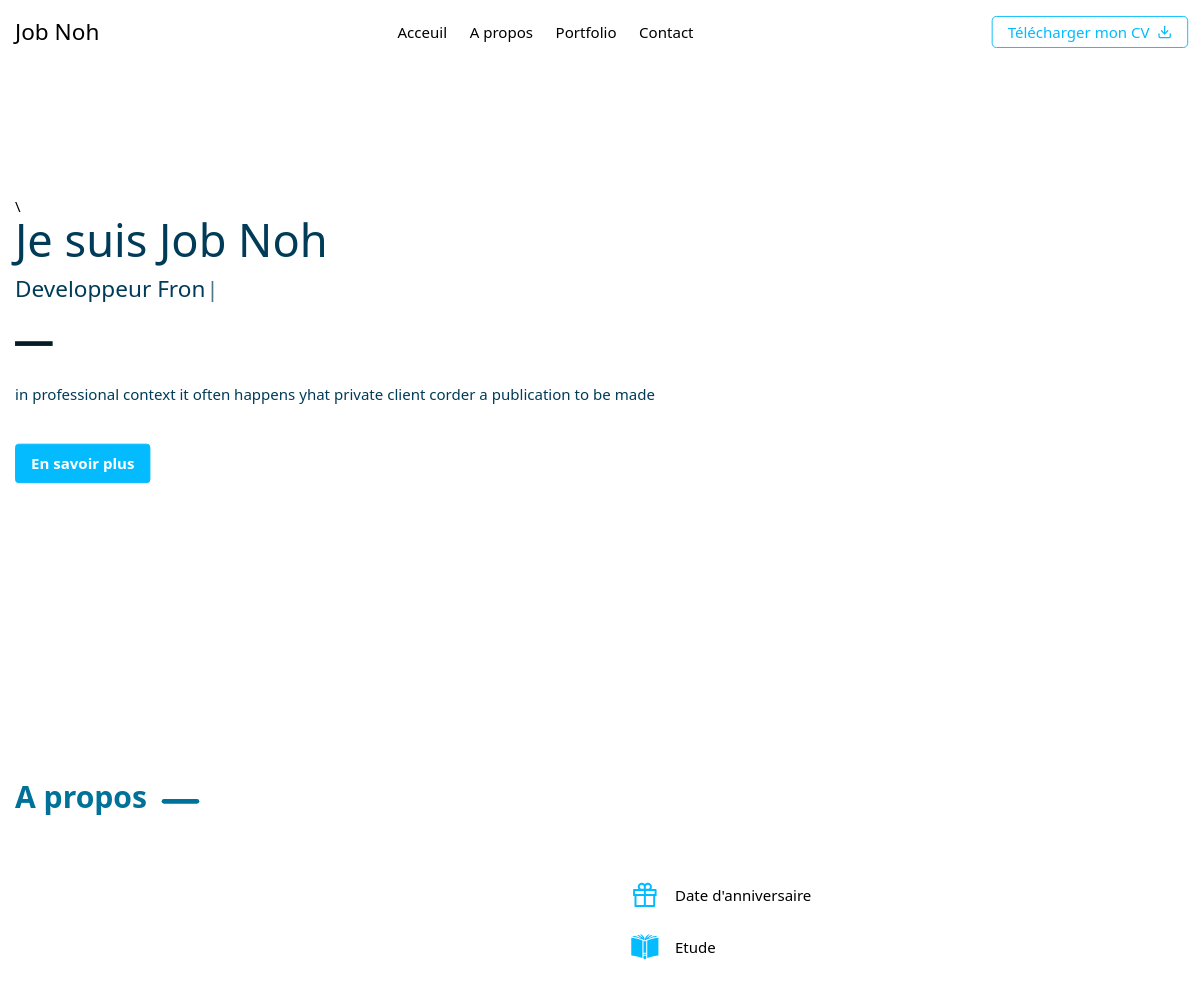
Repository: anoy1010/Nextportfolio
Page: /
These files come from the project's save history. The page is drawn as it stood at one moment and after the next save; the edit follows.
The browser window is 1280 px wide. The pictures show the whole page, at 94% of full size.
Backgrounds fixed to the window are drawn as part of the page. The project was rebuilt for these pictures with package versions that can differ from the ones it lists, and the page was loaded fresh each time. The framework's server and built-in components were replaced by stand-ins that run in the browser. Also part of the build but not shown: next.config.js, styles/Home.module.css.

Above is the page before, as saved 2023-03-06 17:38:05.

### pages/index.js
import Head from 'next/head'
import Image from 'next/image'
import { Inter } from '@next/font/google'
import styles from '../styles/Home.module.css'
import Navbar from '../components/Navbar'
import Hero from '../components/Hero'
import About from '../components/About'
const inter = Inter({ subsets: ['latin'] })

export default function Home() {
  return (
    <>
      <Head>
        <title>Portfolio | Noh Job</title>
        <meta name="description" content="Generated by create next app" />
        <meta name="viewport" content="width=device-width, initial-scale=1" />
        <link rel="icon" href="/favicon.ico" />
      </Head>

      <header>
        < Navbar />
      </header>

      <main>
        <Hero />
        <About/>
      </main>

    </>
  )
}

### styles/globals.css
@tailwind base;
@tailwind components;
@tailwind utilities;

@layer components {
  .btn{
    @apply bg-[#04bbff] text-white py-2 px-4 rounded inline-block mt-10 font-bold border border-[#04bbff] hover:bg-transparent hover:text-[#04bbff] transition duration-200
  }
}

### components/Navbar.js
import Link from 'next/link'
import React from 'react'
import {FiDownload} from 'react-icons/fi'
import {RiMenu5Line} from 'react-icons/ri'

const Navbar = () => {
  return (
    <div className='bg-white fixed top-0 w-[100%] z-10 '>
        <div className='container mx-auto flex justify-between items-center py-4 px-4'>
            <div className='text-[24px]'>Job Noh</div>

            <div className='hidden md:flex gap-6'>

                <Link href='/Acceuil' className='hover:text-[#04bbff]'>
                    Acceuil
                </Link>
                <Link href='/A propos' className='hover:text-[#04bbff]' >
                    A propos
                </Link>
                <Link href='/Portfolio' className='hover:text-[#04bbff]'>
                    Portfolio
                </Link>
                <Link href='/Contact' className='hover:text-[#04bbff]'>
                    Contact
                </Link>



            </div>

            <a href='#' className='hidden  md:flex border border-[#04bbff] px-4 py-1 text-[#04bbff] rounded-[5px] items-center gap-2 hover:bg-[#04bbff] hover:text-white transition duration-200 '>
                Télécharger mon CV
                <FiDownload/>
                </a>

            <div className='md:hidden text-[24px] '>
                <RiMenu5Line/>
            </div>
        </div>
    </div>
  )
}

export default Navbar

### components/Hero.js
import React from 'react'

import Typewriter, { TypewriterClass } from "typewriter-effect"
import Button from '../components/Button'

const Hero = () => {
  return (
    <div className='bg-[url("")] h-screen bg-cover bg-center bg-fixed flex items-center'>
        <div className='container mx-auto px-4'>\
            <div className='max-x-[450px] text-[#003c57] flex flex-col gap-[40px]'>
                <div>
                    <h1 className='text-5xl'>
                        Je suis Job Noh
                    </h1>
                    <h4 className=' text-2xl mt-3'>
                        <Typewriter
                            options = {{
                                strings: [
                                    "Developpeur Front-end",
                                    "Developpeur Back-end",
                                    "Analyste de donnée",
                                    "Chef de projet",
                                    "Graphic designer",
                                    "Developpeur mobile"
                                ],
                                changeDelay:3,
                                changeDeleteSpeed:2,
                                autoStart:true,
                                loop:true,
                            }}
                        />
                    </h4>
                </div>

                <div className='bg-[#051c24] h-[5px] w-[40px] '>
                </div>

                <div>
                    <p>
                    in professional context it often happens yhat private client
                    corder a publication to be made
                    </p>
                    <Button link="#" text="En savoir plus" />
                </div>

            </div>

        </div>
    </div>
  )
}

export default Hero

### components/About.js
import React from 'react'
import Heading from './Heading'
import {AiOutlineGift} from 'react-icons/ai'
import {GiBookCover} from 'react-icons/gi'

const About = () => {
  return (
    <section className='container mx-auto py-10 px-4'>

        <Heading title="A propos"/>

        <div className='grid grid-cols-1 md:grid-cols-2 gap-[60px]'>

            <div>
                <img className='w-[400px]' src="/" alt="" />
            </div>
            <div>
                <div className='flex items-center justify-between w-[300px]'>
                    <div className='flex flex-col gap-6'>

                        <div className='flex gap-4 items-center font-medium '>
                            <AiOutlineGift className='text-[#04bbff] text-[32px]' />
                            Date d'anniversaire
                        </div>
                        <div className='flex gap-4 items-center font-medium '>
                            <GiBookCover className='text-[#04bbff] text-[32px]' />
                            Etude
                        </div>

                    </div>
                </div>
            </div>
        </div>

    </section>
  )
}

export default About

### components/Button.js
import React from 'react'

const Button = ({text, link}) => {
  return (
    <a href={link}className='btn'>{text}</a>
  )
}

export default Button

### components/Heading.js
import React from 'react'

const Heading = ({title}) => {
  return (
    <div className='text-[#007198] text-[32px] font-bold flex items-center gap-4 py-16'>
        {title}
        <div className='bg-[#007198] h-[5px] w-[40px] translate-y-1 rounded'></div>
    </div>
  )
}

export default Heading

Loaded but not shown: pages/_app.js (common file); pages/_document.js (common file); tailwind.config.js (common file)

After the next save:
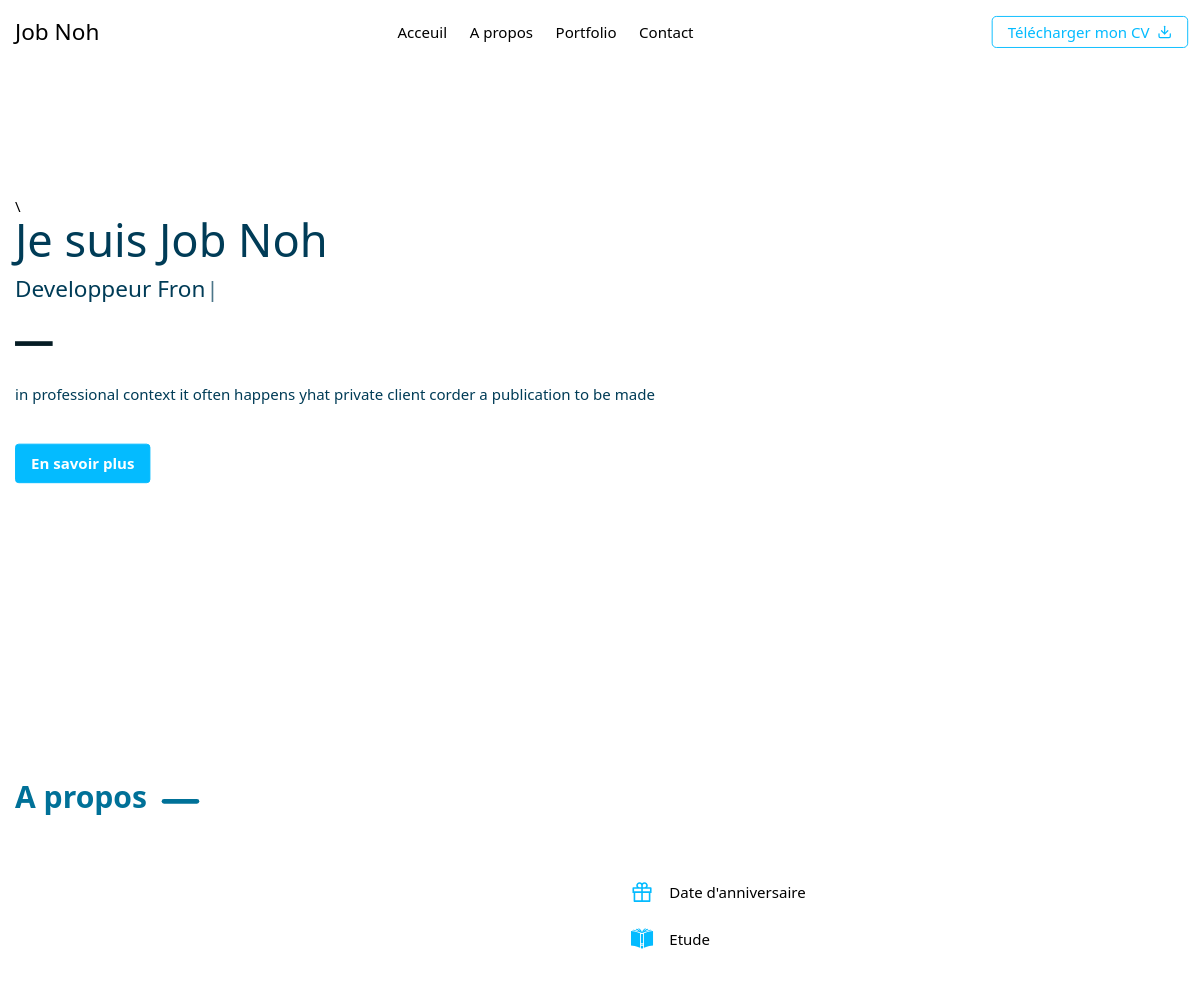
Saved 20 s later.
--- a/components/About.js
+++ b/components/About.js
@@ -19,11 +19,11 @@ const About = () => {
                     <div className='flex flex-col gap-6'>
 
                         <div className='flex gap-4 items-center font-medium '>
-                            <AiOutlineGift className='text-[#04bbff] text-[32px]' />
+                            <AiOutlineGift className='text-[#04bbff] text-[26px]' />
                             Date d'anniversaire
                         </div>
                         <div className='flex gap-4 items-center font-medium '>
-                            <GiBookCover className='text-[#04bbff] text-[32px]' />
+                            <GiBookCover className='text-[#04bbff] text-[26px]' />
                             Etude
                         </div>
 
